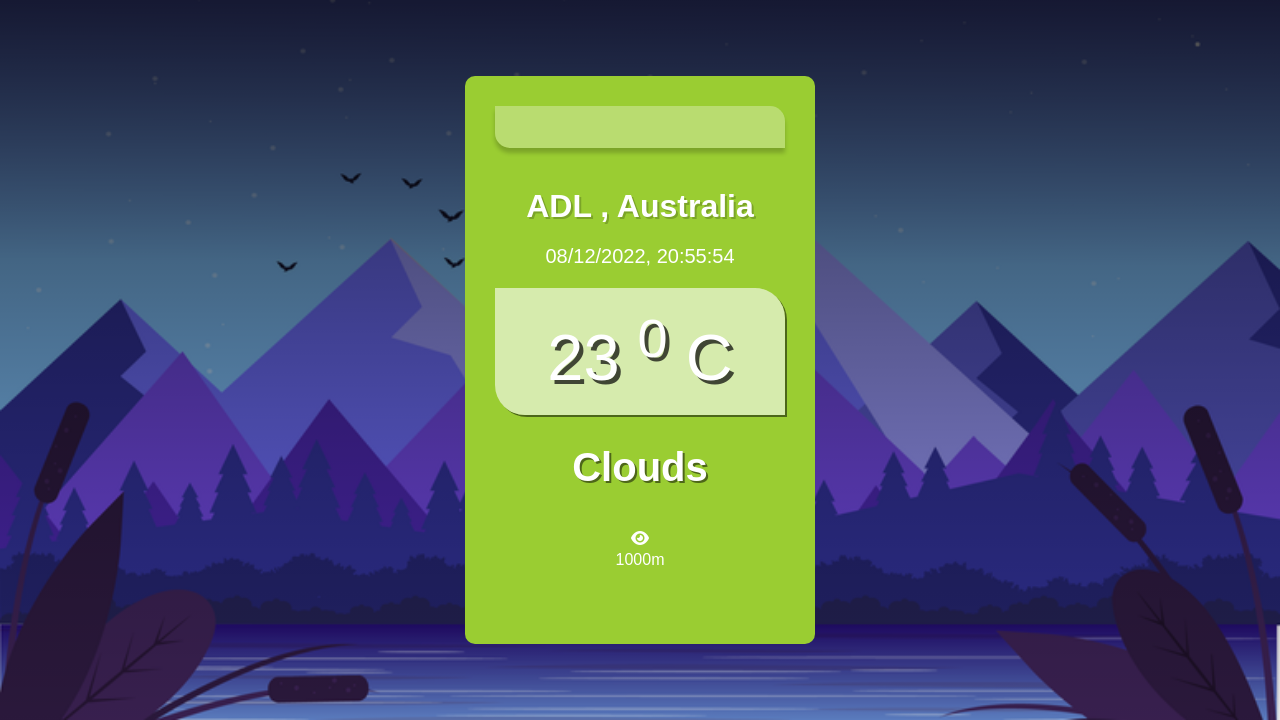
Repository: andrewhuynh561/weather-app-1
Page: index.html
An editor plug-in stored every save of this project. The page is shown before and after the next save, followed by the edit.
The browser window is 1280 px wide. The pictures show the whole page.

Above is the page before, as saved 2022-12-08 21:21:17.

### index.html
<!DOCTYPE html>
<html lang="en">
<head>
    <meta charset="UTF-8">
    <meta http-equiv="X-UA-Compatible" content="IE=edge">
    <meta name="viewport" content="width=device-width, initial-scale=1.0">
    <title>Weather app</title>
    <link
     rel="stylesheet"
     href="https://cdnjs.cloudflare.com/ajax/libs/font-awesome/6.0.0-beta2/css/all.min.css"
     integrity="sha512-YWzhKL2whUzgiheMoBFwW8CKV4qpHQAEuvilg9FAn5VJUDwKZZxkJNuGM4XkWuk94WCrrwslk8yWNGmY1EduTA=="
     crossorigin="anonymous"
     referrerpolicy="no-referrer">
    <link rel="stylesheet" href="style.css">
</head>
<body>
    <div id="weather">
        <input type="text" class="search">
        <div class="content">
            <h1 class="capital">
                <span class="city">ADL</span>
                <span>,</span>
                <span class="country">Australia</span>
            </h1>

            <div class="time">08/12/2022, 20:55:54</div>

            <div class="temperature">
                <span class="value">23 <sup>0</sup> C</span>
            </div>

            <div class="short-desc">Clouds</div>

            <div class="more-desc">
                <div class="visibility">
                    <i class="fa-solid fa-eye"></i>
                    <span>1000m</span>
                </div>
            </div>
        </div>
    </div>

</body>
</html>

### style.css
*{
    margin: 0;
    padding: 0;
    box-sizing: border-box;
}
body{
    font-family: sans-serif;
    height: 100vh;
    display: flex;
    justify-content: center;
    align-items: center;
    background: linear-gradient(to bottom, rgba(0,0,0,0.7),rgba(0,0,0,0.1)),url(./image/222.png)  no-repeat center/cover;
}

#weather{
    width: 350px;
    border-radius:10px ;
    padding: 30px 30px;
    background: yellowgreen;
}

.search{
    width: 100%;
    padding: 10px 20px;
    border: none;
    outline: none;
    background: rgba(255,255,255,0.3);
    border-radius: 0 15px 0 15px;
    box-shadow:0 5px 4px rgba(0,0,0,0.2);
    transition:0.4s ;
    font-size: 19px;
}
.search:focus{
    background: rgba(255,255,255,0.7);
    border-radius: 15px 0 15px 0;
}
.content{
    text-align: center;
    color: white;
    margin: 40px 0;
}
.capital{
    text-shadow: 2px 2px rgba(0,0,0,0.2);
}
.time{
    margin: 20px 0;
    font-size: 15pt;
}
.temperature{
    font-size: 65px;
    text-shadow: 4px 4px rgba(0,0,0,0.7);
    background: rgba(255,255,255,0.6);
    box-shadow: 2px 2px rgba(0,0,0,0.5);
    border: none;
    border-radius: 0 30px;
    padding: 20px;
}
.short-desc{
    font-size: 40px;
    font-weight: bold;
    text-shadow: 2px 2px rgba(0,0,0,0.5);
    margin: 30px;

}
.more-desc div{
    display: flex;
    flex-direction: column;
    padding: 5px;

}
.more-desc div i{
    margin: 5px 0;
}

After the next save:
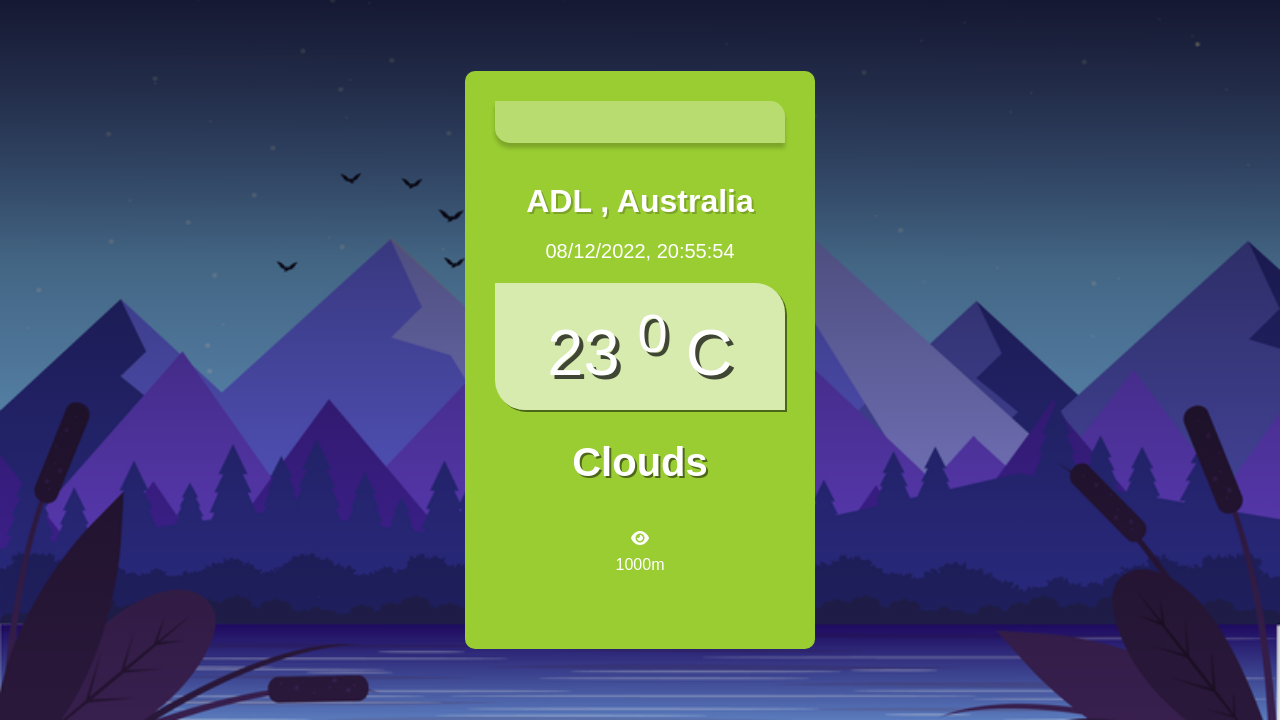
Saved 16 s later.
--- a/style.css
+++ b/style.css
@@ -69,5 +69,5 @@ body{
 
 }
 .more-desc div i{
-    margin: 5px 0;
+    margin: 10px 0;
 }
